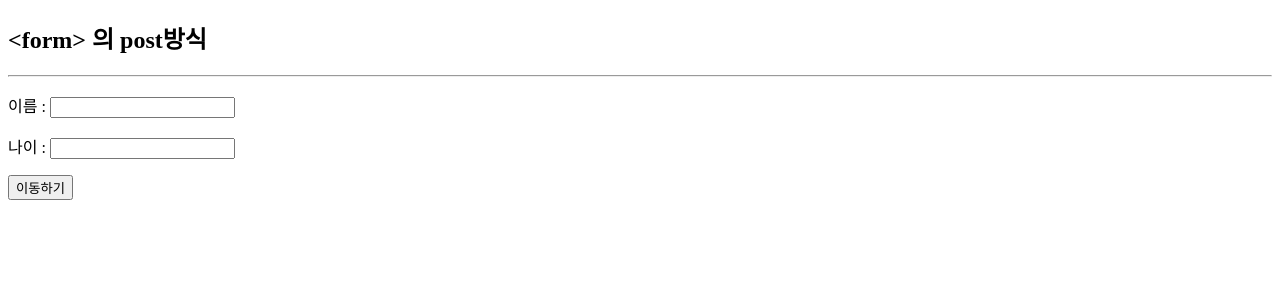
Repository: hyunh84/jsp_study
Page: http://localhost/Day02/j06_form01.jsp
These files come from the project's save history. The page is drawn as it stood at one moment and after the next save; the edit follows.
The browser window is 1280 px wide. The pictures show the whole page.
The page is served by Tomcat 9.

Above is the page before, as saved 2015-09-06 03:07:25.

After the next save:
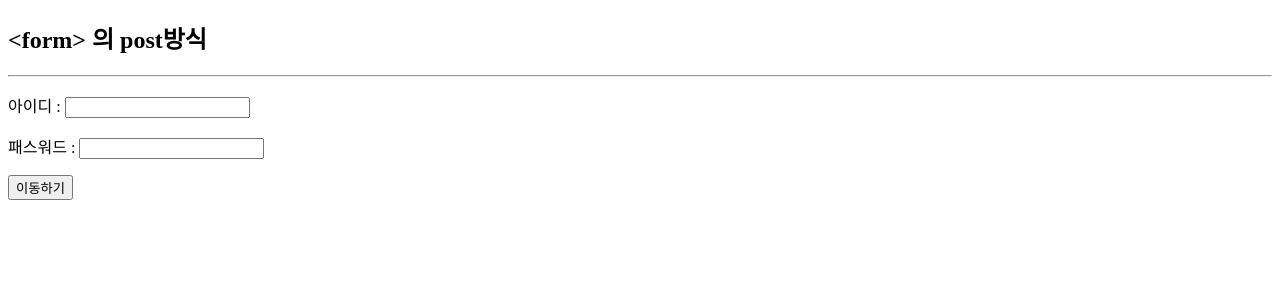
Saved 75 s later.
--- a/MyWorks/Day02/WebContent/j06_form01.jsp
+++ b/MyWorks/Day02/WebContent/j06_form01.jsp
@@ -25,10 +25,10 @@
 
 	 <form action="/Day02/j06_form02.jsp" method="post">
 		<p>
-			이름 : <input type="text" name="name" />
+			아이디 : <input type="text" name="name" />
 		</p>
 		<p>
-			나이 : <input type="text" name="age" />
+			패스워드 : <input type="text" name="age" />
 		</p>
 		<input type="submit" value="이동하기" />
 
